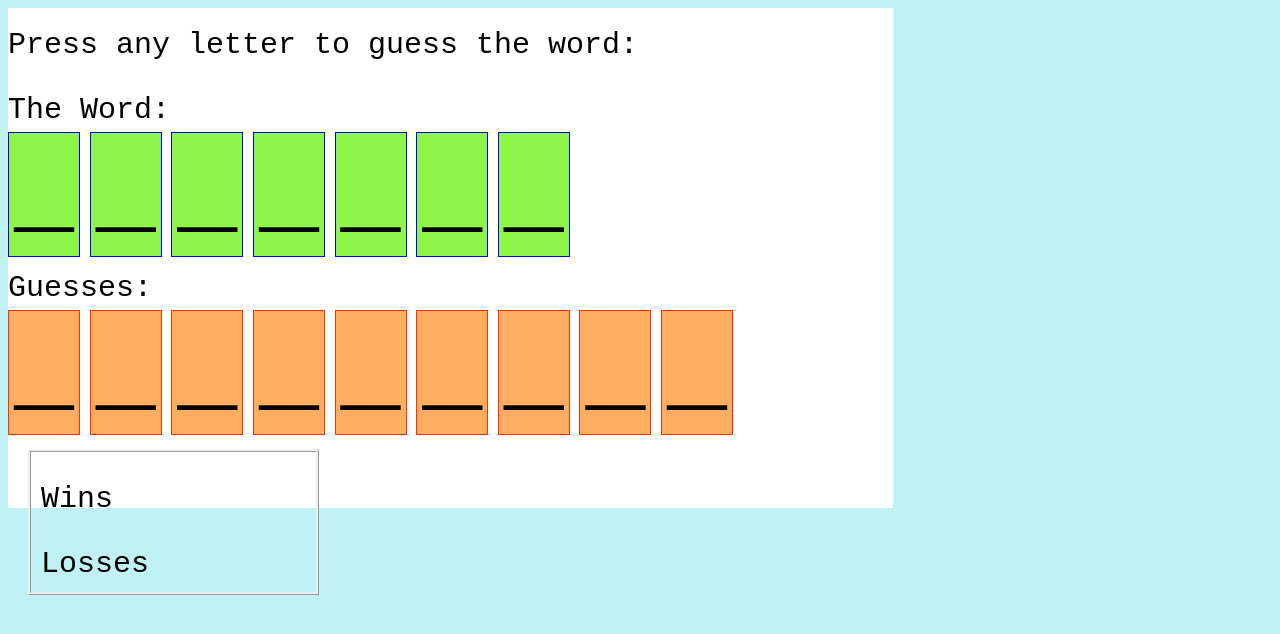
Repository: dsaftler/JavaScript
Page: index.html
The author's editor kept a copy of each file at every save. The page is drawn from the files as they stood at one save, then again after the next save.
The browser window is 1280 px wide. The pictures show the whole page.

Above is the page before, as saved 2019-03-30 23:31:29.

After the next save:
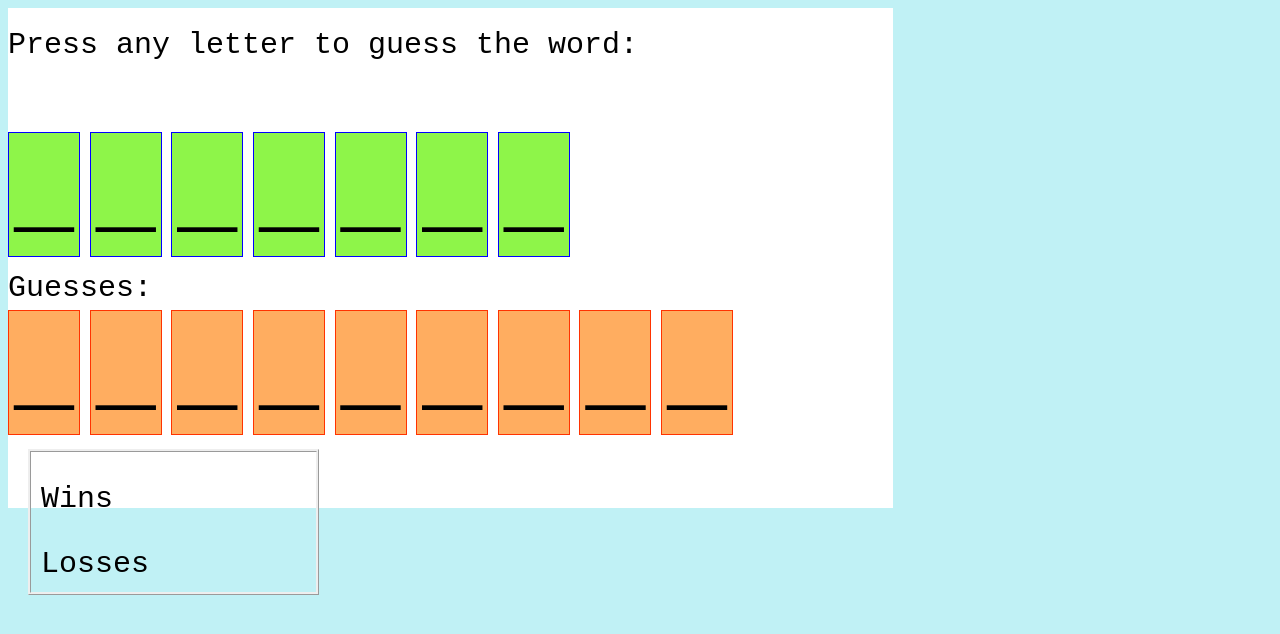
Saved 105 s later.
--- a/index.html
+++ b/index.html
@@ -13,7 +13,7 @@
     <div class="container">
         <div class="instructions showtext">Press any letter to guess the word: </div>
 
-         <div class="showtext">The Word:<div id="correctWord" class="floater"></div></div>
+         <div class="showtext" id="correctWord" ></div>
 
 
 
